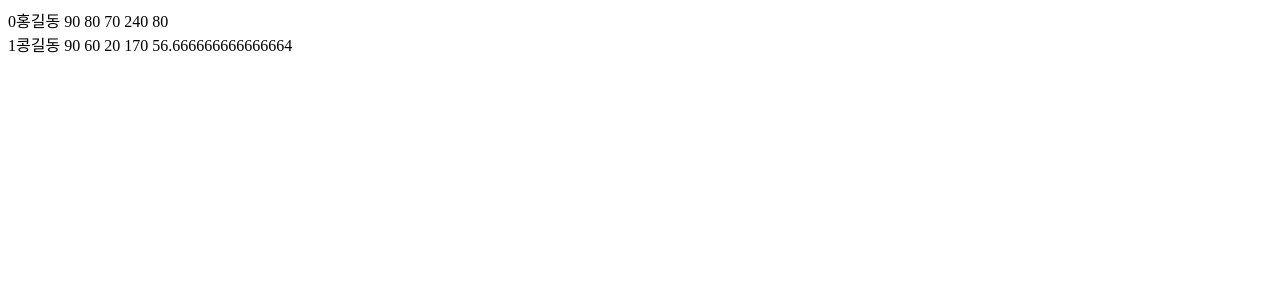
Repository: RyuJelly/java_web
Page: JavaScript/WebContent/oop/o_exam02.html
An editor plug-in stored every save of this project. The page is shown before and after the next save, followed by the edit.
The browser window is 1280 px wide. The pictures show the whole page.

Above is the page before, as saved 2021-03-10 02:20:26.
Console error: TypeError: phoneInfo2.display is not a function

After the next save:
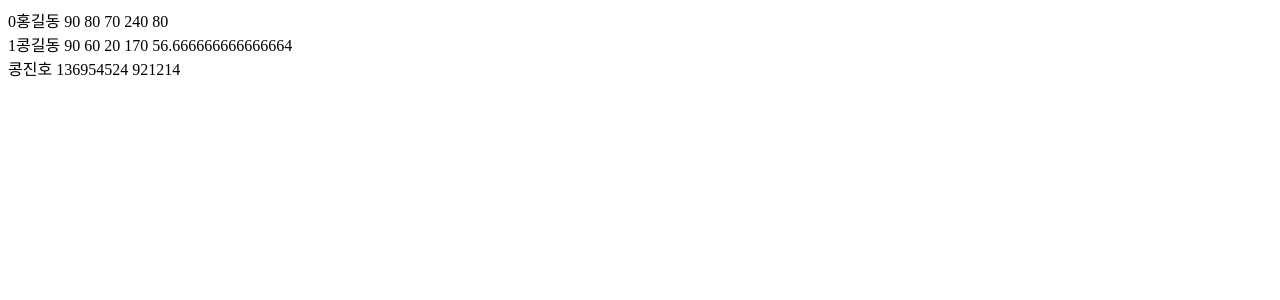
Console error: TypeError: Cannot read properties of undefined (reading 'display')
Saved 2 min 37 s later.
--- a/JavaScript/WebContent/oop/o_exam02.html
+++ b/JavaScript/WebContent/oop/o_exam02.html
@@ -59,7 +59,11 @@
 	var phoneInfos = [];
 	phoneInfos.push(phoneInfo2("홍길동", 01022222222, "226888"));
 
-	phoneInfo2.display();
+	phoneInfo1.display();
+
+	for(var i in phoneInfos){
+		phoneInfos[i].display();
+	}
 
 
 </script>
